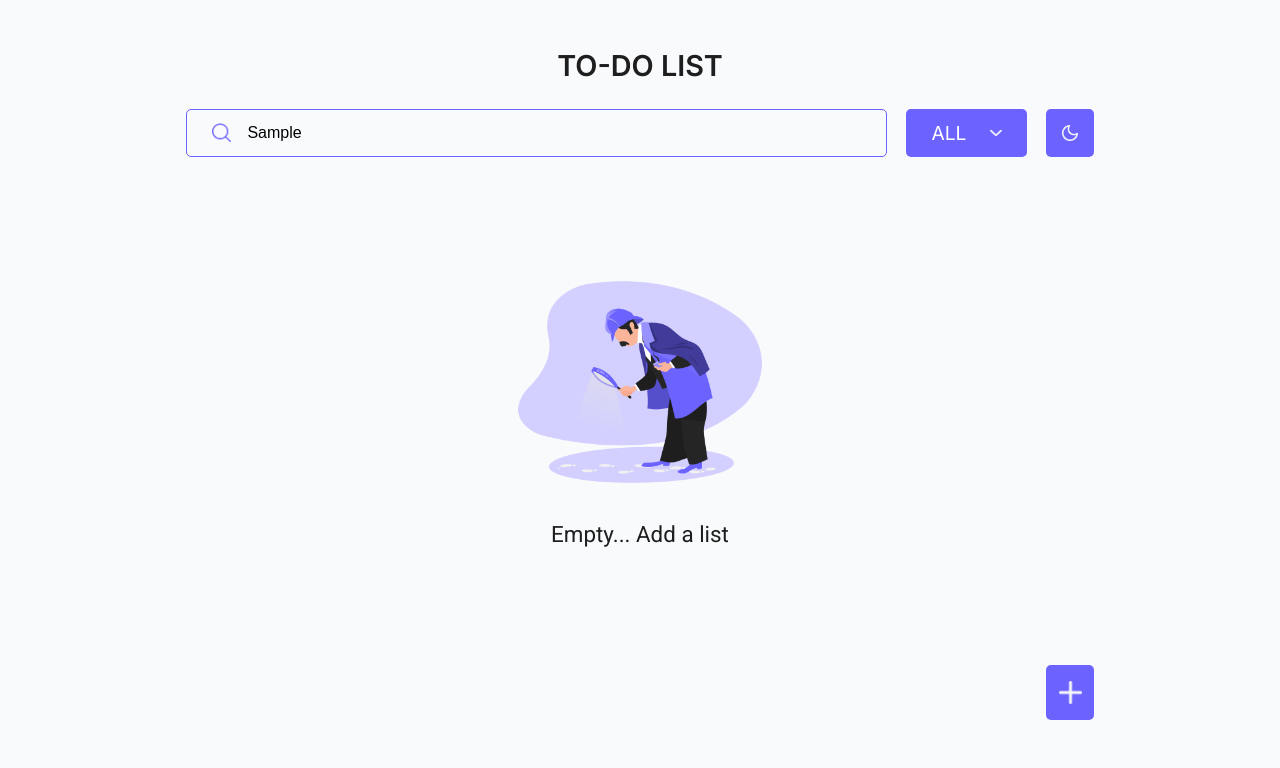
Repository: Marykeje/To-do-list
Page: index.html
An editor plug-in stored every save of this project. The page is shown before and after the next save, followed by the edit.
The browser window is 1280 px wide. The pictures show the whole page.
Empty fields were first filled with sample values (such as "Sample", 5 or name@example.com).
After loading, the first visible `#add-btn` was clicked once.
The style sheet was rebuilt from its Sass, Less or Tailwind sources for each picture, by a compiler version that may differ from the author's.

Above is the page before, as saved 2025-12-02 14:35:07.
Console error: SyntaxError: Identifier 'closeModal' has already been declared

### index.html
<!DOCTYPE html>
<html lang="en">
  <head>
    <meta charset="UTF-8" />
    <meta name="viewport" content="width=device-width, initial-scale=1.0" />
    <title>To-do-list</title>

    <link rel="stylesheet" href="./css/style.css" />
  </head>
  <body>
    <div class="to-do container">
      <div class="header">
        <h1 class="header__title">To-do List</h1>
        <div class="header__heading-info">
          <div class="header__search">
            <img src="./img/search-icon.png" alt="search-icon" />
            <input type="text" placeholder="Search note..." />
          </div>
          <div class="header__btns">
            <div class="header__select-part">
              <p>ALL</p>
              <img src="./img/chevron-top.png" alt="" />
            </div>
            <div class="header__mode">
              <img src="./img/mode-icon.png" alt="" />
            </div>
          </div>
        </div>
      </div>
      <div class="empty">
        <img src="./img/empty-icon.png" alt="" />
        <p>Empty... Add a list</p>
      </div>
      <div class="add-list">
        <div class="add-list__list-item">
          <div class="add-list__lists">
            <div class="add-list__list-check">
              <div>
                <input type="checkbox" />
              </div>
              <p>NOTE 1</p>
            </div>
            <div class="add-list__edit-icons">
              <img src="./img/edit-icon.svg" alt="" />
              <img src="./img/delete-icon.svg" alt="" />
            </div>
          </div>
          <div class="add-list__lists">
            <div class="add-list__list-check">
              <div>
                <input type="checkbox" />
              </div>
              <p>NOTE 2</p>
            </div>
            <div class="add-list__edit-icons">
              <img src="./img/edit-icon.svg" alt="" />
              <img src="./img/delete-icon.svg" alt="" />
            </div>
          </div>
          <div class="add-list__lists">
            <div class="add-list__list-check">
              <label class="check">
                <input type="checkbox" id="my-check" />
                <span class="check__checkmark"></span>
              </label>
              <p>NOTE 3</p>
            </div>
            <div class="add-list__edit-icons">
              <img src="./img/edit-icon.svg" alt="" />
              <img src="./img/delete-icon.svg" alt="" />
            </div>
          </div>
        </div>
      </div>
      <div class="add-icon" id="add-btn" onclick="openModal()">
        <img src="./img/plus-icon.png" alt="" />
      </div>
    </div>

    <!-- for add list pop up -->
    <div class="modal" id="modal">
      <div class="modal__heading">
        <h4>New note</h4>
        <div class="header__search">
          <input type="text" placeholder="Input your note" />
        </div>
      </div>
      <div class="btns">
        <button class="btns__cancel" id="cancelModal" onclick="closeModal()">Cancel</button>
        <button class="btns__apply" id="apply">Apply</button>
      </div>
    </div>
    <div class="overlay hidden" id="closeOverlay"></div>

    <script src="./js/script.js"></script>
  </body>
</html>

### js/script.js
function cancel() {}

// getting the elements
// let cancel = (document.getElementById("cancel").style.display = "none");

// let open = document.getElementById("add");
// let modal = document.getElementByIdby("openModal");
// let cancelModal = document.getElementById("cancelModal");

// when button is opened
// modal.addEventListener("click", () => {
// open.style.display = ""
// modal.style.display = "block"; // show modal
// });

// const openModal = function () {
// console.log("Button clicked");
// modal.classList.add("open"); //gives the list of css class in the element
// };

function openModal() {
  const clickOpen = document.getElementById("add-btn");
  const modal = document.getElementById("modal");
  const overlay = document.getElementById("closeOverlay");

  const closeModal = document.getElementById("cancelModal");

  clickOpen.style.display = "block";
  modal.style.display = "block";
  overlay.style.display = "block";
  // closeModal.style.display.hidden = "";

  // for the close modal
  function closeModal() {
    closeModal.style.display.hidden = "";
  }
  // console.log(modal.style.display)
}

// openModal()

### sass/main.scss
@import "./pages/style.scss";

### sass/pages/style.scss
/* Inter Font Import */
@import url("https://fonts.googleapis.com/css2?family=Inter:ital,opsz,wght@0,14..32,100..900;1,14..32,100..900&display=swap");

//  for roboto font
@import url("https://fonts.googleapis.com/css2?family=Montserrat:ital,wght@0,100..900;1,100..900&family=Roboto:ital,wght@0,100..900;1,100..900&display=swap");

* {
  margin: 0;
  padding: 0;
  box-sizing: border-box;
}

.html {
  font-size: 50%;
}

body {
  font-size: 1.6rem;
  // font-weight: 500;
  font-family: "Inter", sans-serif;
  background-color: #f9fafb;
  color: #1e1e1e;
}

.container {
  max-width: 60rem;
  margin: auto;
  padding: 3rem 1.6rem;
}

.to-do {
  display: flex;
  flex-direction: column;
  gap: 2.4rem;
}

.header {
  display: flex;
  flex-direction: column;
  gap: 1.6rem;

  @media (max-width: 650px) {
    gap: 1.2rem;
  }

  &__title {
    font-size: 1.8rem;
    font-weight: 600;
    text-align: center;
    text-transform: uppercase;

    @media (max-width: 550px) {
      font-size: 1.4rem;
    }
  }

  &__heading-info {
    display: flex;
    align-items: center;
    gap: 1.2rem;

    @media (max-width: 550px) {
      // gap: 1rem;
      flex-wrap: wrap;
    }
  }

  &__search {
    padding: 0.8rem 1.6rem;
    border: 1px solid #6c63ff;
    border-radius: 5px;

    display: flex;
    align-items: center;
    gap: 1rem;

    width: 100%;
    height: 3rem;

    @media (max-width: 450px) {
      padding: 5px 0.8rem;
      height: 3rem;
    }

    @media (max-width: 350px) {
      height: 2rem;
    }

    & img {
      display: block;
      width: 1.2rem;
    }
  }

  &__btns {
    display: flex;
    align-items: center;
    gap: 1.2rem;

    @media (max-width: 550px) {
      gap: 0.8rem;
    }
  }

  &__select-part {
    display: flex;
    align-items: center;
    justify-content: space-between;
    gap: 1.4rem;

    padding: 1rem 1.6rem;
    height: 3rem;

    font-size: 1.2rem;
    background-color: #6c63ff;
    color: #ffffff;
    border-radius: 5px;

    @media (max-width: 550px) {
      height: 2.5rem;
    }

    & img {
      display: block;
      width: 0.8rem;
    }
  }

  &__mode {
    background-color: #6c63ff;
    color: #ffffff;
    border-radius: 5px;
    cursor: pointer;

    padding: 1rem;
    height: 3rem;
    width: 3rem;

    display: flex;
    justify-content: center;

    @media (max-width: 550px) {
      height: 2.5rem;
      padding: 0.8rem;
    }

    & img {
      display: block;
      width: 1.4rem;

      @media (max-width: 550px) {
        width: 1.2rem;
      }
    }
  }
}

.empty {
  display: flex;
  flex-direction: column;
  align-items: center;
  justify-content: center;
  font-family: "roboto";
  gap: 2rem;

  height: 60vh;

  @media (max-width: 550px) {
    height: 55vh;
  }

  & img {
    display: block;
    width: 17rem;

    @media (max-width: 550px) {
      width: 12rem;
    }
  }

  & p {
    font-size: 1.4rem;

    @media (max-width: 550px) {
      font-size: 1rem;
    }
  }
}

.add-list {
  display: flex;
  flex-direction: column;
  gap: 2.4rem;

  font-family: "inter";

  padding: 0rem 7rem;
  height: 60vh;

  display: none;

  &__lists {
    padding: 1rem;
    border-bottom: 1px solid #6c63ff;

    display: flex;
    justify-content: space-between;
  }

  &__list-check {
    display: flex;
    align-items: center;
    gap: 1.2rem;

    & p {
      font-weight: 600;
    }
  }

  &__edit-icon {
    display: flex;
    align-items: center;
    gap: 1.2rem;

    & img {
      display: block;
      width: 1.8rem;
      color: #cdcdcd;
    }
  }
}

.add-icon {
  background-color: #6c63ff;
  color: #ffffff;
  border-radius: 5px;
  cursor: pointer;

  padding: 1rem;
  margin-left: auto;
  width: 3rem;

  display: flex;
  justify-content: center;

  @media (max-width: 550px) {
    height: 2.5rem;
    padding: 0.8rem;
  }

  & img {
    display: block;
    width: 1.4rem;

    @media (max-width: 550px) {
      width: 1.2rem;
    }
  }
}

input {
  width: 100%;
  border: none;
  font-size: 1rem;

  background: transparent;

  &:focus {
    outline: none;
  }

  &::placeholder {
    @media (max-width: 350px) {
      font-size: 0.8rem;
    }
  }
}

.check {
  display: block;
  position: relative;
  padding-left: 2rem;
  cursor: pointer;
  font-size: 1.6rem;
  user-select: none; /* prevent text selection*/

  // input[type="checkbox"] {
    // position: absolute;
    // opacity: 0; /* hides the actual result*/
    // height: 0;
    // width: 0;
    // -webkit-appearance: none;
  // }

  &__checkmark {
    position: absolute;
    top: 0;
    left: 0;
    height: 2rem;
    width: 2rem;
    // background-color: #fff;
    border: 1px solid #6c63ff;
    border-radius: 5px;

    & ::after {
      content: "";
      position: absolute;
      display: none;
      left: 0.9prem;
      top: 5px;
      height: 1rem;
      border: #ffffff;
      // border-width: 0 3px 3px 0;
      // transform: rotate(45deg);
    }

    input[type="checkbox"]:checked {
      background-color: #6c63ff;
      border: none;

      display: none;
    }
  }
}

// modal style
.overlay {
  position: fixed;
  top: 0;
  left: 0;
  width: 100vw;
  height: 100vh;
  background-color: rgba($color: #1a1a1a, $alpha: 0.8);
  cursor: pointer;
  z-index: 9999;

  &.hidden {
    display: none;
  }
}

.modal {
  position: fixed;
  left: 50%;
  top: 35%;
  z-index: 99999;

  width: 40rem;
  max-width: 90dvw;
  // height: 100dvh;
  // transform: translateX(100%);
  transform: translate(-50%, -50%);

  background-color: #ffffff;
  border-radius: 1.6rem;

  // transition: all 0.3s ease-out;

  padding: 2.4rem;

  display: flex;
  flex-direction: column;
  gap: 2rem;

  display: none;

  @media (max-width: 540px) {
    width: 30rem;
    padding: 1.8rem;
  }

  @media (max-width: 450px) {
    padding: 1rem 1.4rem;
  }

  @media (max-width: 350px) {
    top: initial;
    bottom: 0;
    right: 0;

    width: 100%;
    transform: translate(-50%, 0);
    border-bottom-left-radius: 0;
    border-bottom-right-radius: 0;

    padding: 1rem;
    // max-width: 100dvw;
  }

  .open {
    transform: translate(-50%, -50%) scale(1);
    pointer-events: all;
    overflow-y: auto;

    @media (max-width: 450px) {
      // transform: translate(0, 0);
    }
  }

  &__heading {
    height: 12rem;

    display: flex;
    flex-direction: column;
    align-items: center;
    gap: 1.4rem;

    @media (max-width: 540px) {
      gap: 1rem;
    }

    @media (max-width: 350px) {
      gap: 0.8rem;
    }

    & h4 {
      text-transform: uppercase;
      font-size: 1.4rem;

      @media (max-width: 350px) {
        font-size: 1.2rem;
      }
    }
  }
}

.btns {
  display: flex;
  justify-content: space-between;

  &__cancel {
    text-transform: uppercase;
    color: #6c63ff;
    font-weight: 700;
    background: none;
    border: 1.5px solid #6c63ff;
    border-radius: 5px;

    padding: 0.8rem 1.2rem;

    cursor: pointer;

    @media (max-width: 450px) {
      padding: 0.8rem 1rem;
      font-weight: 600;
    }

    @media (max-width: 350px) {
      padding: 5px 7px;
      font-weight: 500;
    }
  }

  &__apply {
    text-transform: uppercase;
    color: #ffffff;
    font-weight: 700;
    background: #6c63ff;
    border: none;
    border-radius: 5px;

    padding: 0.8rem 1.2rem;

    cursor: pointer;

    @media (max-width: 450px) {
      padding: 0.8rem 1rem;
      font-weight: 600;
    }

    @media (max-width: 350px) {
      padding: 5px 7px;
      font-weight: 500;
    }
  }
}

After the next save:
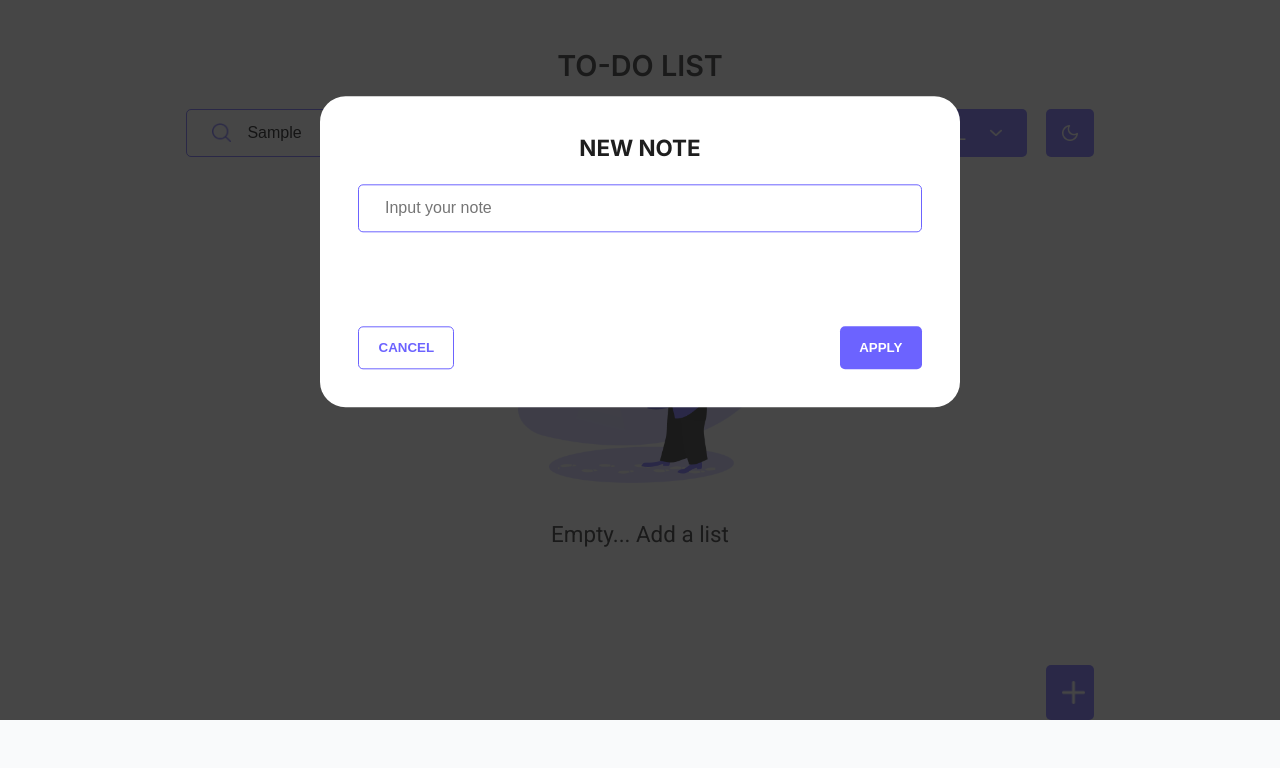
The error is gone.
Saved 28 s later.
--- a/js/script.js
+++ b/js/script.js
@@ -23,7 +23,7 @@ function openModal() {
   const modal = document.getElementById("modal");
   const overlay = document.getElementById("closeOverlay");
 
-  const closeModal = document.getElementById("cancelModal");
+  // const closeModal = document.getElementById("cancelModal");
 
   clickOpen.style.display = "block";
   modal.style.display = "block";
